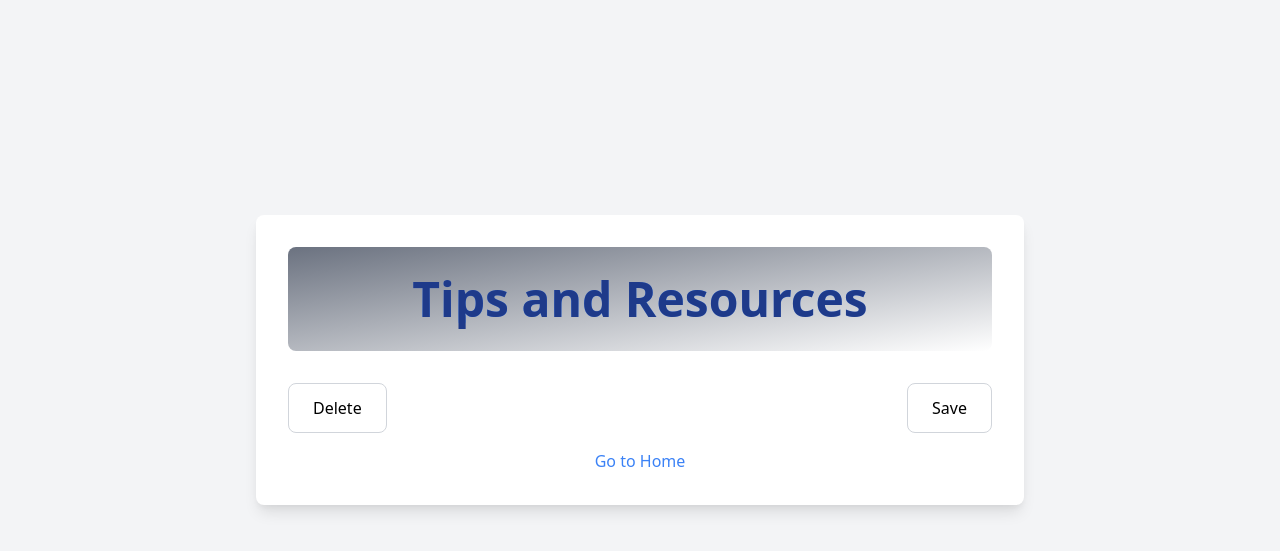
Repository: MercyB19/Russaw_Mercy_Adulting-101_Capstone
Page: Thebag.html
These files come from the project's save history. The page is drawn as it stood at one moment and after the next save; the edit follows.
The browser window is 1280 px wide. The pictures show the whole page.
Some web fonts or font styles are not loaded; a fallback is used.

Above is the page before, as saved 2024-09-14 21:45:01.

After the next save:
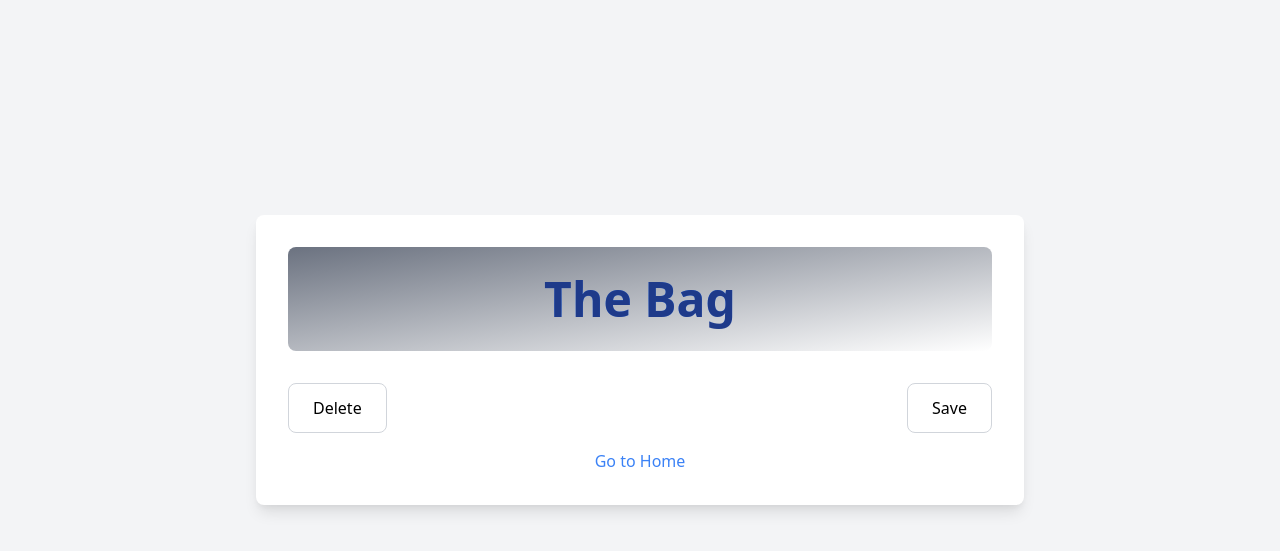
Saved 105 s later.
--- a/Thebag.html
+++ b/Thebag.html
@@ -15,7 +15,7 @@
   <div class="w-full max-w-screen-md bg-white rounded-lg shadow-lg p-8">
     <header class="bg-gradient-to-br from-gray-500 p-7 rounded-lg text-center mb-8">
       <div class="text-5xl font-bold text-blue-900 bg-gradient-to-tl from-gray-100 via-blue-500 to-gray-300 bg-clip-text text-transparent">
-        Tips and Resources
+        The Bag
       </div>
     </header>
     <form id="theBagform" class="w-full flex flex-col items-center">
